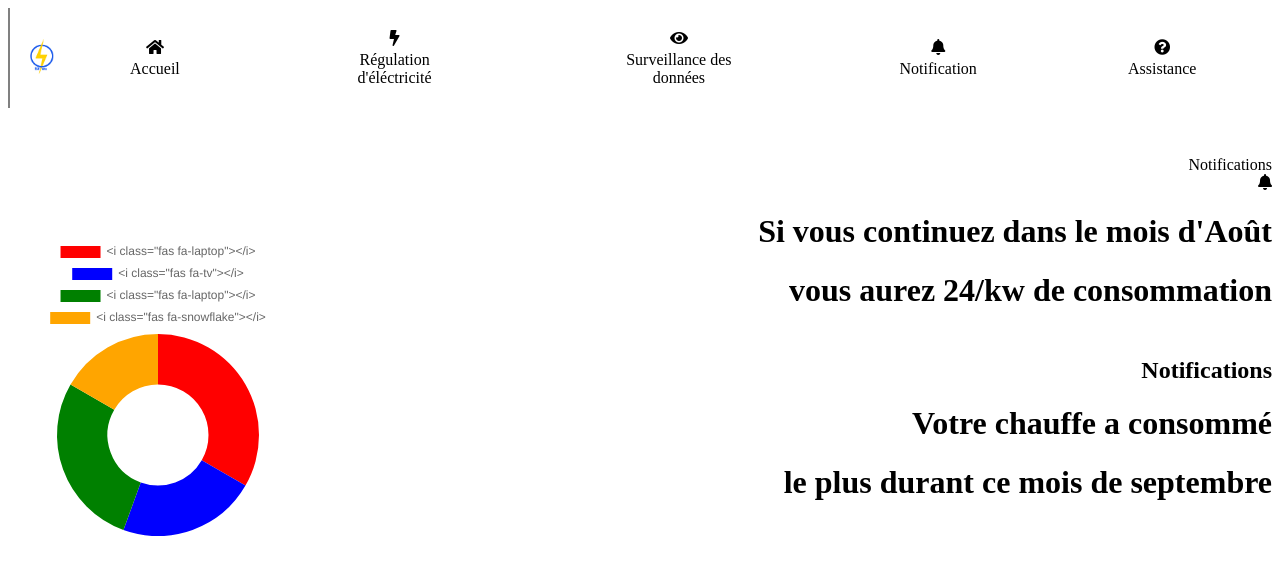
Repository: hamdia200/OSC-Ecowiz
Page: http://localhost/accueil
An editor plug-in stored every save of this project. The page is shown before and after a run of saves, followed by the edit.
The browser window is 1280 px wide. The pictures show the whole page.
The page is served by the project's Laravel application, run on PHP 8.4 with Laravel 10. Other server files are loaded and not shown.

Above is the page before, as saved 2023-08-18 13:33:31.

### routes/web.php
<?php

use Illuminate\Support\Facades\Route;

/*
|--------------------------------------------------------------------------
| Web Routes
|--------------------------------------------------------------------------
|
| Here is where you can register web routes for your application. These
| routes are loaded by the RouteServiceProvider and all of them will
| be assigned to the "web" middleware group. Make something great!
|
*/

Route::get('/', function () {
    return view('welcome');
});

Route::get('/centrale', function () {
    return view('centrale');
});
Route::get('/accueil', function () {
    return view('accueil');
});
Route::get('/inscription', function () {
    return view('inscription');
});
Route::get('/login', function () {
    return view('login');
});
Route::get('/regulation', function () {
    return view('regulation');
});

### resources/views/accueil.blade.php
@extends ("menu")
@section('content')
<div class="container">
<meta charset="UTF-8">
    <meta name="viewport" content="width=device-width, initial-scale=1.0">
    <link rel="stylesheet" href="https://cdnjs.cloudflare.com/ajax/libs/font-awesome/5.15.3/css/all.min.css">
    <script src="https://cdn.jsdelivr.net/npm/chart.js"></script>
    <title>Accueil</title>
    <style>
        .notifications1{
            margin-top: 3rem;
            text-align: right;
        }

        .content{
            margin-top: 5rem;
            height: auto;
            float: left;
        }
        .notifications2{
            text-align: right;
            margin-top: 3rem;
        }

        .row{
            margin-inline: auto;

        }

        .alert{
            text-align:right;
        }

    </style>
    <body>
        <div class="row">
                <div class="col-md-6">
                    <div class="row">
                        <div class="col-xl-3">
                            <div class="content">
                                <canvas id="myCustomChart"></canvas>
                            </div>

                        </div>

                    </div>

                </div>

                <div class="row">
                    <div class="col-xl-3">
                        <div class="notifications1">
                            <div class="alert">Notifications</div>
                            <i class="fas fa-bell"></i>
                                <h1> Si vous continuez dans le mois d'Août </h1> <h1> vous aurez 24/kw de consommation </h1>
                        </div>

                        <div class="notifications2">
                            <h2>Notifications</h2>
                            <ul id="notificationList">
                                <h1> Votre chauffe a consommé </h1> <h1> le plus durant ce mois de septembre </h1>
                            </ul>
                        </div>
                    </div>
                </div>


                <script>
                    var ctx = document.getElementById('myCustomChart').getContext('2d');
                    var data = {
                        labels: ['<i class="fas fa-laptop"></i>', '<i class="fas fa-tv"></i>', '<i class="fas fa-laptop"></i>', '<i class="fas fa-snowflake"></i>'],
                        datasets: [{
                            data: [30, 20, 25, 15],
                            backgroundColor: [
                                'red',
                                'blue',
                                'green',
                                'orange'
                            ],
                                // hoverBackgroundColor: [
                                // 'url(chemin_vers_image_appareil_1)',
                                // 'url(chemin_vers_image_appareil_2)',
                                // 'url(chemin_vers_image_appareil_3)',
                                // 'url(chemin_vers_image_appareil_4)'
                                // ],
                                borderWidth: 0,
                                hoverBorderWidth: 0
                        }],
                    };

                    var options = {
                        responsive: true,
                        maintainAspectRatio: false,

                    };

                    var myChart = new Chart(ctx, {
                        type: 'doughnut',
                        data: data,
                        options: options,
                    });
                </script>
        </div>
    </body>

    </html>
</div>
@endsection

### resources/views/menu.blade.php
<!DOCTYPE html>
<html>
    <head>
        <meta charset="UTF-8">
        <meta name="viewport" content="width=device-width, initial-scale=1.0">
        <link rel="stylesheet" href="{{asset('bootstrap-5/css/bootstrap.min.css')}}">
        <link rel="stylesheet" href="{{asset('icofont/icofont.min.css')}}">
        <link rel="stylesheet" href="https://cdnjs.cloudflare.com/ajax/libs/font-awesome/5.15.3/css/all.min.css">

        <title>menu</title>
        <style>
        .menu-horizontal {
            list-style-type: none;
            display: flex;
            align-items: center; /* Aligne les éléments au centre horizontalement */
            padding: 0;
            margin: 0;
            border-left: 2px solid gray;
            border-top: none;
            background-color: white;
            height:100px;
        }

        .menu-horizontal li{
            margin: 0 2cm;
            padding: 0;
        }

        .menu-item {
            display: flex;
            flex-direction: column;
            align-items: center;
            justify-content: center;
            border-left: 2p;
        }

        .menu-icon {
            width: 50px;
            height: 50px;
        }

        .menu-text {
            font-size: 16px;
            margin-top: 5px;
            text-align: center;
        }
        .logo {
            padding-left: 20px;
            height: 35px;
        }
        </style>
    </head>

    <body>
        <header>
                <ul class="menu-horizontal fixed-top">
                    <div class="header">
                        <img src="{{asset('/image/ecow.png')}}" alt="" class="logo">
                    </div>
                    <li>
                        <span class="menu-item">
                            <!-- <img src="{{asset('image/elect.png') }}" alt="Icone 1" class="menu-icon"> -->
                            <i class="fas fa-home"></i><span class="menu-text">Accueil</span>
                        </span>
                    </li>
                    <li>
                        <span class="menu-item">
                            <!-- <img src="{{asset('image/donnee.png') }}" alt="Icone 1" class="menu-icon"> -->
                            <i class="fas fa-bolt"></i><span class="menu-text">Régulation d'éléctricité </span>
                        </span>
                    </li>

                    <li>
                        <span class="menu-item">
                            <!-- <img src="{{asset('image/donnee.png') }}" alt="Icone 1" class="menu-icon"> -->
                            <i class="fas fa-eye"></i><span class="menu-text">Surveillance des données </span>
                        </span>
                    </li>
                    <li>
                        <span class="menu-item">
                            <!-- <img src="{{asset('image/sup.png') }}" alt="Icone 1" class="menu-icon"> -->
                            <i class="fas fa-bell"></i><span class="menu-text">Notification</span>
                        </span>
                    </li>
                    <li>
                        <span class="menu-item">
                            <!-- <img src="{{asset('image/assist.png') }}" alt="Icone 1" class="menu-icon"> -->
                            <i class="fas fa-question-circle"></i><span class="menu-text">Assistance</span>
                        </span>
                    </li>
                </ul>

        </header>
        <div class="container">
                @yield('content')
        </div>

    </body>


</html>

After the next 2 saves:
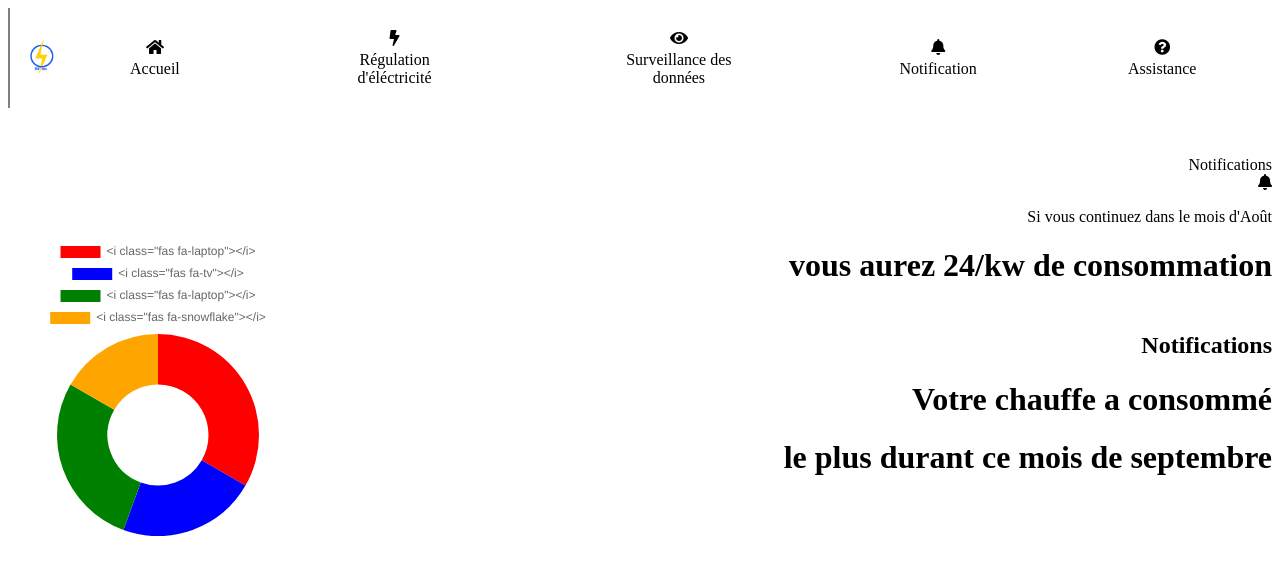
The 2 saves are shown as one change because they came seconds apart.
The last was saved 10 s later.
--- a/resources/views/accueil.blade.php
+++ b/resources/views/accueil.blade.php
@@ -52,7 +52,7 @@
                         <div class="notifications1">
                             <div class="alert">Notifications</div>
                             <i class="fas fa-bell"></i>
-                                <h1> Si vous continuez dans le mois d'Août </h1> <h1> vous aurez 24/kw de consommation </h1>
+                                <p> Si vous continuez dans le mois d'Août </p> <h1> vous aurez 24/kw de consommation </h1>
                         </div>
 
                         <div class="notifications2">
